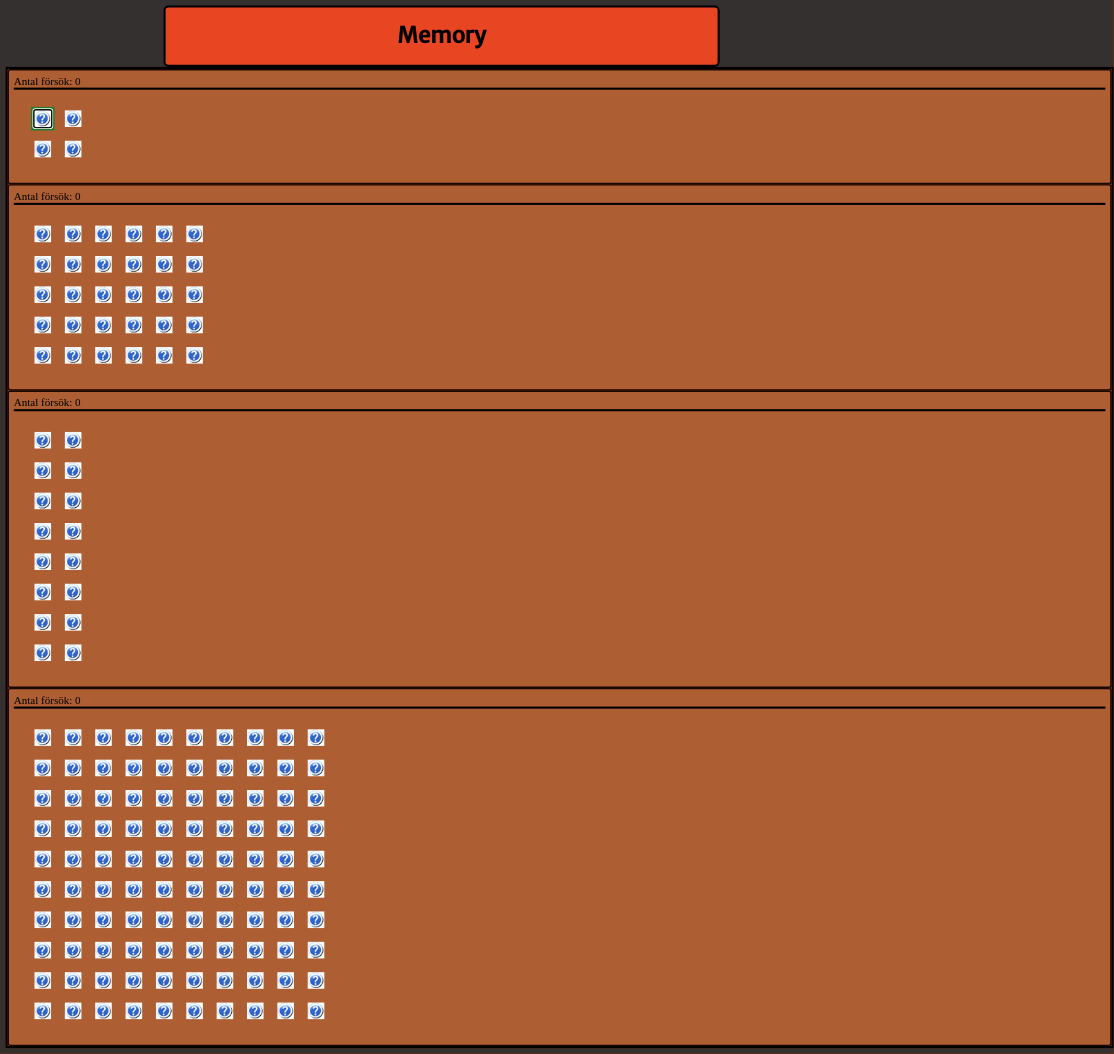
Repository: mi222eh/1dv403-laborationer
Page: 3-gameon/memory/index.html
The author's editor kept a record of every edit. The page is drawn from the files as they stood at one moment, then again after the next edit.
The browser window is 1280 px wide. The page is 1614 px wide, so the pictures cover 1614 px, including what lies to the right of the window. The pictures show the whole page, at 69% of full size.

Above is the page before.

After the next edit:
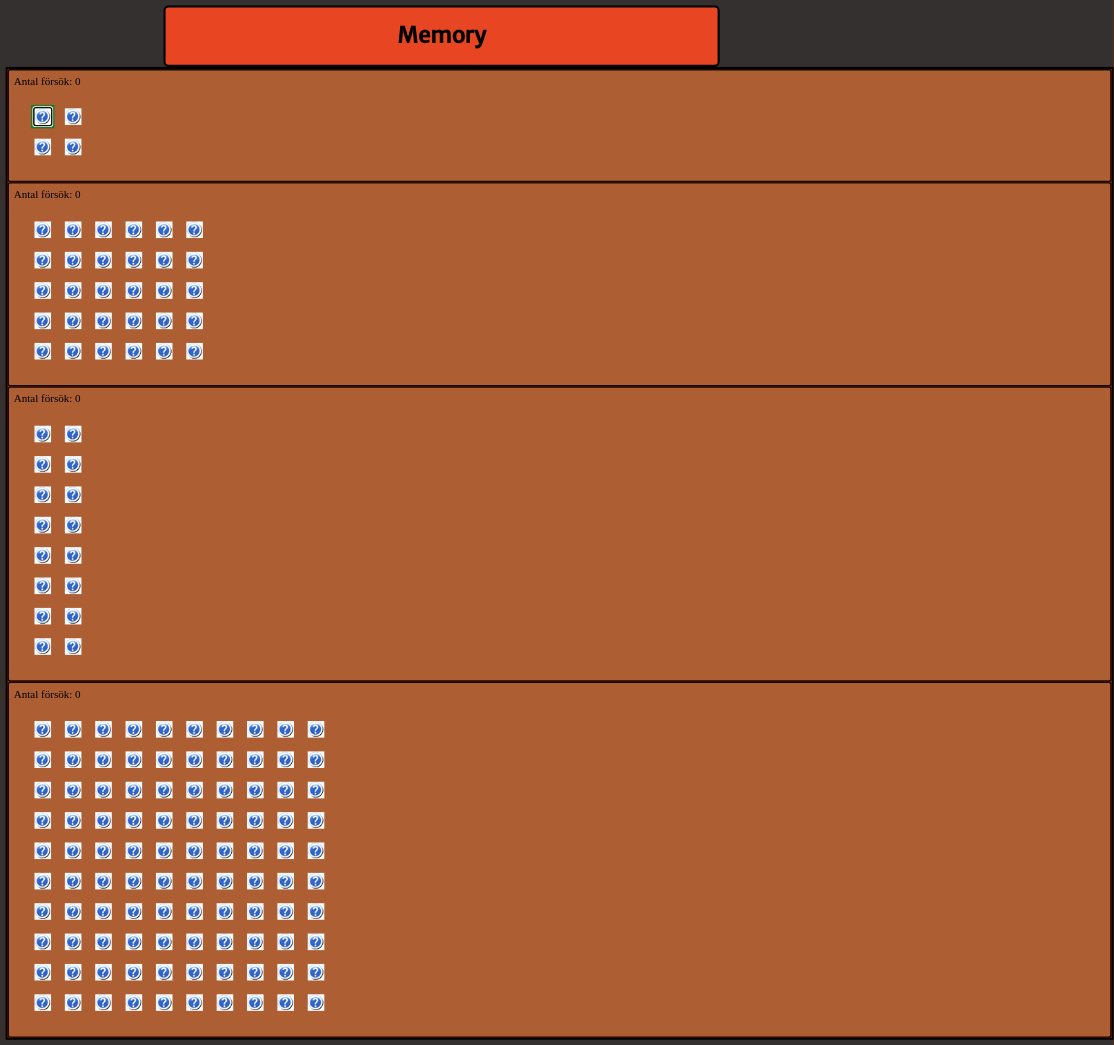
The edit:
--- a/3-gameon/memory/css/basic.css
+++ b/3-gameon/memory/css/basic.css
@@ -73,7 +73,6 @@
 }
 
 ._win {
-    color:#128A02;
+    color:#1E4A0B;
     font-size:24px;
-    border-bottom:solid #000000;
 }
